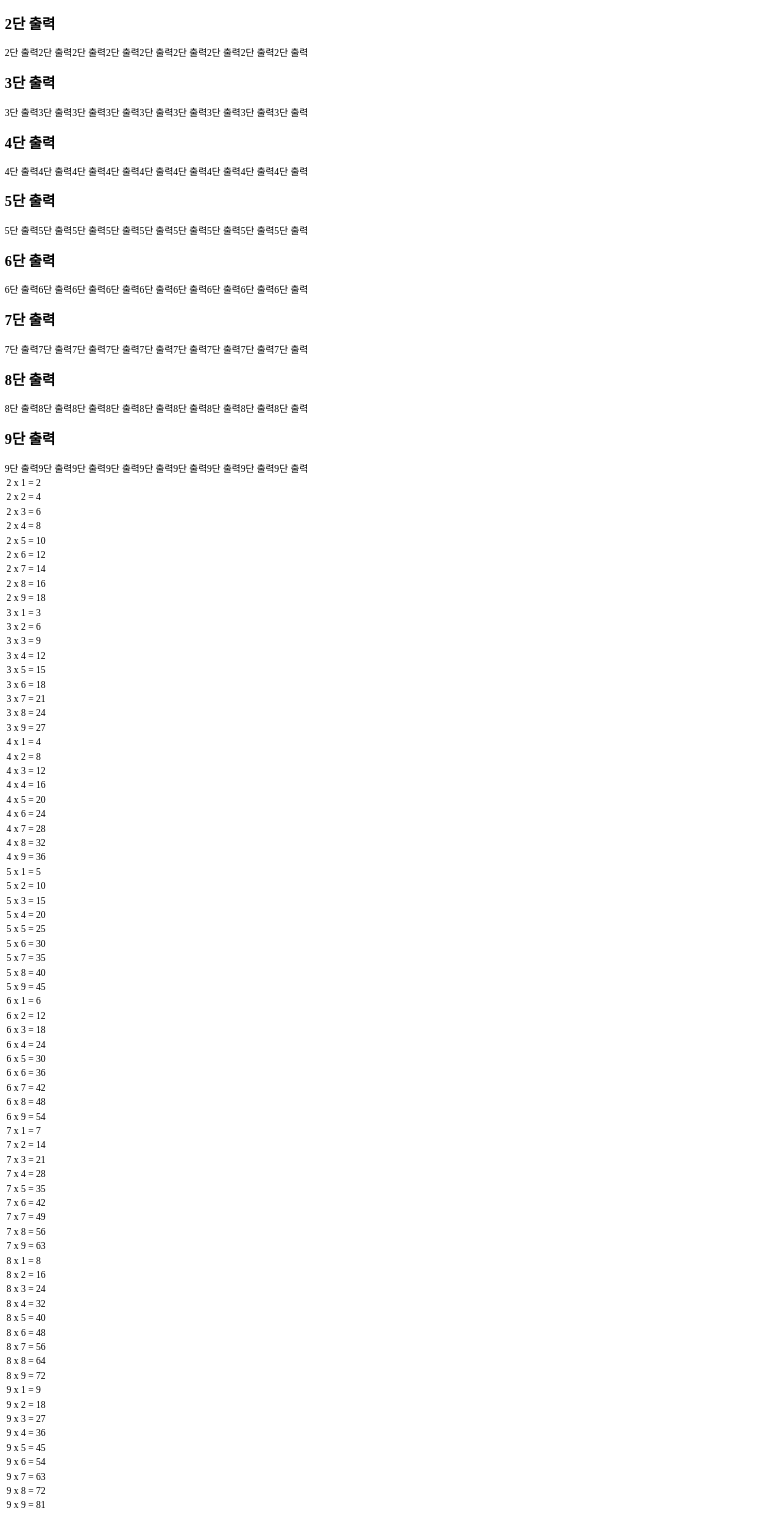
Repository: carnelli95/workspace_JSP
Page: http://localhost/MustHaveJSP/Mission/Gugudan1.jsp
These files come from the project's save history. The page is drawn as it stood at one moment and after the next save; the edit follows.
The browser window is 1280 px wide. The pictures show the whole page, at 60% of full size.
The page is served by Tomcat 9. Other server files are loaded and not shown.

Above is the page before, as saved 2025-09-22 08:42:47.

### MustHaveJSP/src/main/webapp/Mission/Gugudan1.jsp
<%@ page language="java" contentType="text/html; charset=UTF-8"
    pageEncoding="UTF-8"%>
<%! int dan;
	int num;
%>
<!DOCTYPE html>
<html>
<head>
<meta charset="UTF-8">
<title>Insert title here</title>
</head>
<body>

<%-- <table>
<%
	for(int i = 2; i <= 9; i++) {

		out.println("<tr>" + i + "단 출력</tr><br><br>");
		for(int j = 1; j <= 9; j++) {
			out.print("<tr>" + i + " x " + j  + " = " + i * j + "</tr><br>");
		}
		out.print("<br>");
	}
%>
</table>	 --%>


<table>
<%
	for(int i = 2; i <= 9; i++) {
		out.println("<h2>" + i + "단 출력</h2>");
		for(int j = 1; j <= 9; j++) {
			out.println("<tr>" + i + "단 출력</tr>");
			out.print("<td>" + i + " x " + j  + " = " + i * j + "</td>" + "\t");
		}
	}
%>
</table>
</body>
</html>

After the next save:
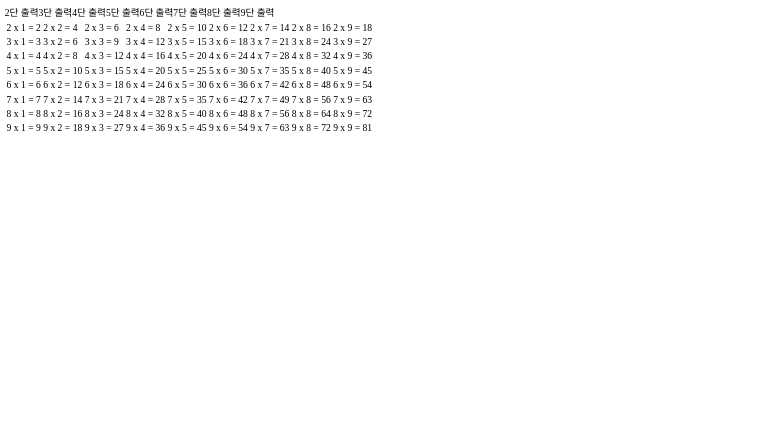
Saved 28 s later.
--- a/MustHaveJSP/src/main/webapp/Mission/Gugudan1.jsp
+++ b/MustHaveJSP/src/main/webapp/Mission/Gugudan1.jsp
@@ -28,9 +28,8 @@
 <table>
 <%
 	for(int i = 2; i <= 9; i++) {
-		out.println("<h2>" + i + "단 출력</h2>");
+		out.println("<tr>" + i + "단 출력</tr>");
 		for(int j = 1; j <= 9; j++) {
-			out.println("<tr>" + i + "단 출력</tr>");
 			out.print("<td>" + i + " x " + j  + " = " + i * j + "</td>" + "\t");
 		}
 	}
